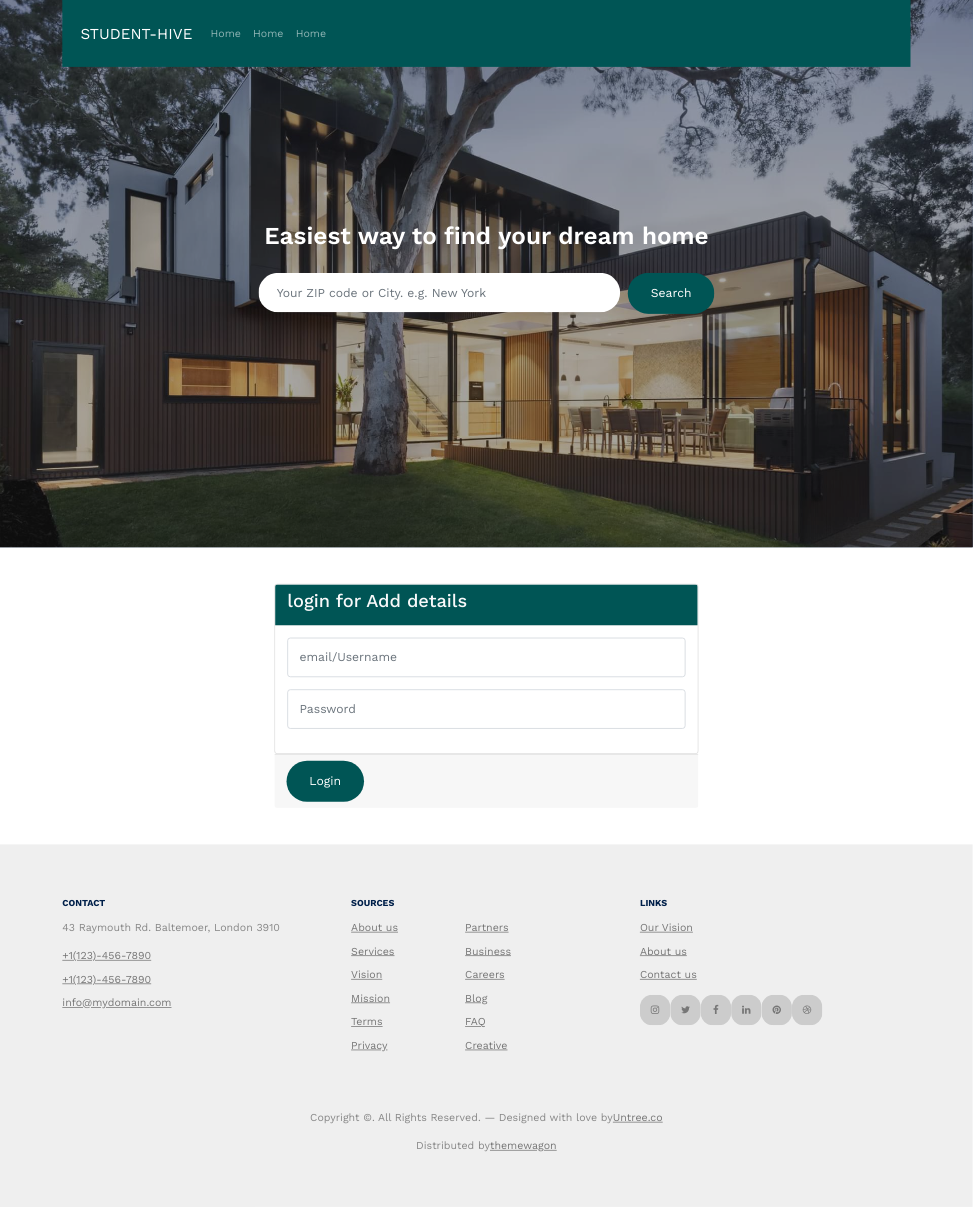
Repository: Farhan0021/Rentalproject
Page: /owner/Login (app in front/)
An editor plug-in stored every save of this project. The page is shown before and after the next save, followed by the edit.
The browser window is 1280 px wide. The pictures show the whole page, at 76% of full size.
The project was rebuilt for these pictures with package versions that can differ from the ones it lists, and the page was loaded fresh each time. Also part of the build but not shown: front/vite.config.js, front/src/pages/Home.jsx, front/src/pages/seekers/Login.jsx, front/src/schema/SeekerSignupSchema.jsx, front/src/pages/seekers/Signup.jsx, front/src/schema/OwnerSignupSchema.jsx, front/src/pages/owner/Signup.jsx.

Above is the page before, as saved 2025-04-29 21:47:14.
Console error: TypeError: Cannot read properties of null (reading 'style')

After the next save:
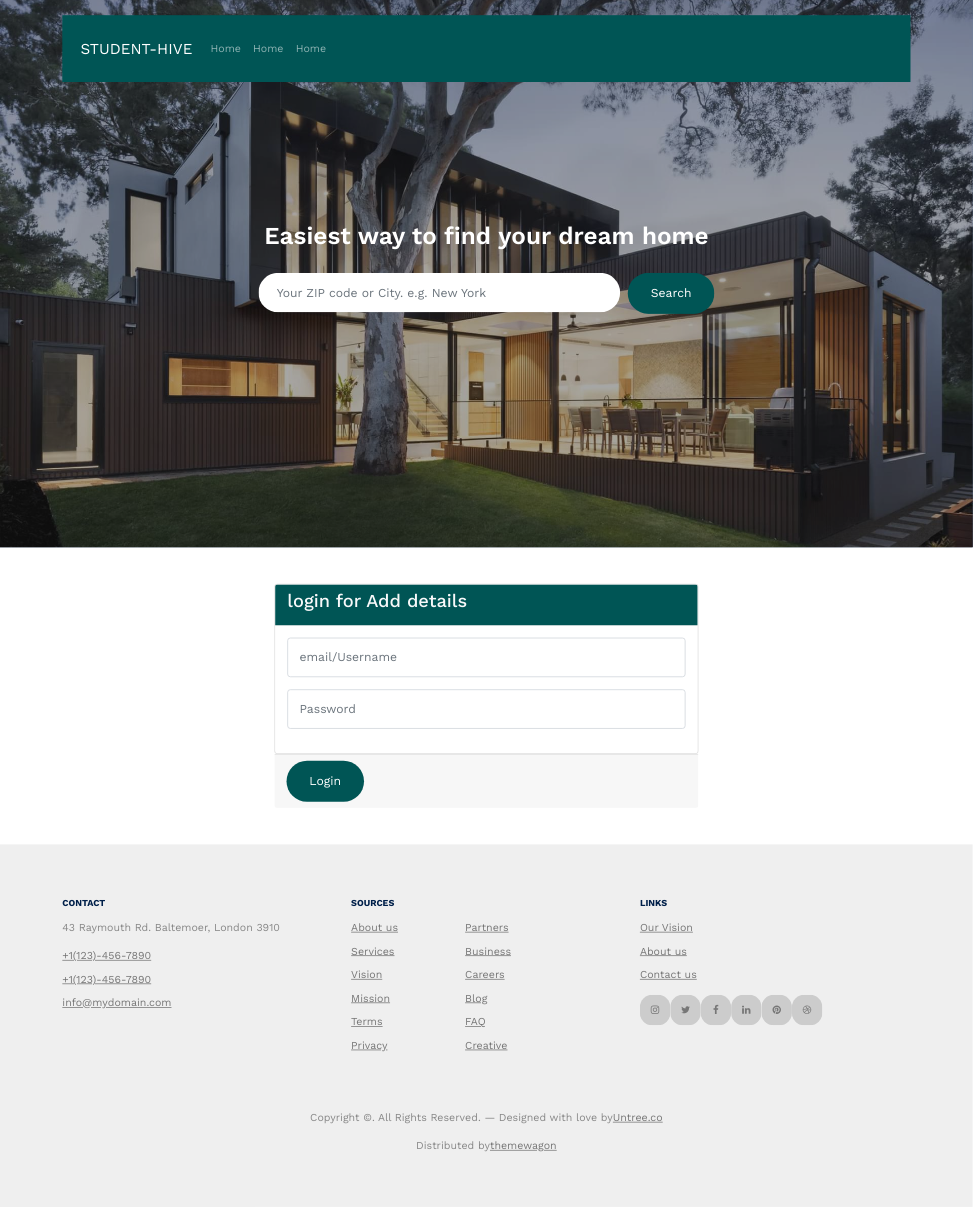
Saved 117 s later.
--- a/front/src/components/HeaderNew.jsx
+++ b/front/src/components/HeaderNew.jsx
@@ -4,7 +4,7 @@ import {NavLink} from 'react-router-dom'
 const HeaderNew = () => {
     return (
 
-    <div className="container fixed-top">
+    <div className="container fixed-top" style={{top:"20px", borderRadius : "25px"}}>
      <nav className='navbar navbar-expand-sm navbar-dark bg-green p-4'>
           <NavLink className="navbar-brand"to='/'>STUDENT-HIVE</NavLink>
               <button className='navbar-toggler' data-bs-toggle="collapse" data-bg-target="#menu"
